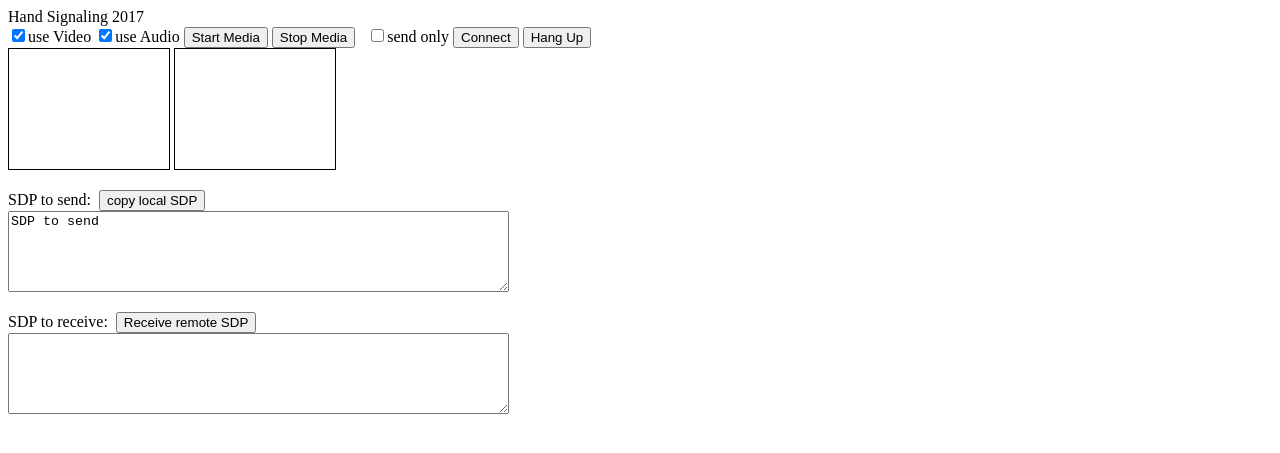
Repository: guttyar-2213/iphone-webcam
Page: downloaded.html
An editor plug-in stored every save of this project. The page is shown before and after the next save, followed by the edit.
The browser window is 1280 px wide. The pictures show the whole page.

Above is the page before, as saved 2020-05-12 19:35:32.

### downloaded.html
<!doctype html>
<html>
<head>
 <meta http-equiv="Content-Type" content="text/html; charset=UTF-8">
 <title>Hand Signaling</title>
</head>
<body>
  Hand Signaling 2017<br />
  <input type="checkbox" id="use_video" checked="1">use Video</input>
  <input type="checkbox" id="use_audio" checked="1">use Audio</input>
  <button type="button" onclick="startVideo();">Start Media</button>
  <button type="button" onclick="stopVideo();">Stop Media</button>
  &nbsp;
  <input type="checkbox" id="send_only">send only</input>
  <button type="button" onclick="connect();">Connect</button>
  <button type="button" onclick="hangUp();">Hang Up</button>
  <div>
    <video id="local_video" autoplay style="width: 160px; height: 120px; border: 1px solid black;"></video>
    <video id="remote_video" autoplay style="width: 160px; height: 120px; border: 1px solid black;"></video>
  </div>
  <p>SDP to send:&nbsp;
    <button type="button" onclick="copySdp();">copy local SDP</button><br />
    <textarea id="text_for_send_sdp" rows="5" cols="60" readonly="readonly">SDP to send</textarea>
  </p>
  <p>SDP to receive:&nbsp;
    <button type="button" onclick="onSdpText();">Receive remote SDP</button><br />
    <textarea id="text_for_receive_sdp" rows="5" cols="60"></textarea>
  </p>
</body>
<script type="text/javascript">
  let localVideo = document.getElementById('local_video');
  let remoteVideo = document.getElementById('remote_video');
  let localStream = null;
  let peerConnection = null;
  let textForSendSdp = document.getElementById('text_for_send_sdp');
  let textToReceiveSdp = document.getElementById('text_for_receive_sdp');

  // --- prefix -----
  navigator.getUserMedia  = navigator.getUserMedia    || navigator.webkitGetUserMedia ||
                            navigator.mozGetUserMedia || navigator.msGetUserMedia;
  RTCPeerConnection = window.RTCPeerConnection || window.webkitRTCPeerConnection || window.mozRTCPeerConnection;
  RTCSessionDescription = window.RTCSessionDescription || window.webkitRTCSessionDescription || window.mozRTCSessionDescription;

  // ---------------------- media handling -----------------------

  function isUseVideo() {
    let useVideo = document.getElementById('use_video').checked;
    return useVideo;
  }

  function isUseAudio() {
    let useAudio = document.getElementById('use_audio').checked;
    return useAudio;
  }

  function isSendOnly() {
    let sendOnly = document.getElementById('send_only').checked;
    return sendOnly;
  }

  // start local video
  function startVideo() {
    let useVideo = isUseVideo();
    let useAudio = isUseAudio();
    if ( (! useVideo) && (! useAudio) ) {
      console.warn('NO media to capture');
      return;
    }

    getDeviceStream({video: useVideo, audio: useAudio}) // audio: false
    .then(function (stream) { // success
      logStream('localStream', stream);
      localStream = stream;
      playVideo(localVideo, stream);
    }).catch(function (error) { // error
      console.error('getUserMedia error:', error);
      return;
    });
  }

  // stop local video
  function stopVideo() {
    pauseVideo(localVideo);
    stopLocalStream(localStream);
  }

  function stopLocalStream(stream) {
    let tracks = stream.getTracks();
    if (! tracks) {
      console.warn('NO tracks');
      return;
    }

    for (let track of tracks) {
      track.stop();
    }
  }

  function logStream(msg, stream) {
    console.log(msg + ': id=' + stream.id);

    var videoTracks = stream.getVideoTracks();
    if (videoTracks) {
      console.log('videoTracks.length=' + videoTracks.length);
      for (var i = 0; i < videoTracks.length; i++) {
        var track = videoTracks[i];
        console.log('track.id=' + track.id);
      }
    }

    var audioTracks = stream.getAudioTracks();
    if (audioTracks) {
      console.log('audioTracks.length=' + audioTracks.length);
      for (var i = 0; i < audioTracks.length; i++) {
        var track = audioTracks[i];
        console.log('track.id=' + track.id);
      }
    }
  }

  function getDeviceStream(option) {
    if ('getUserMedia' in navigator.mediaDevices) {
      console.log('navigator.mediaDevices.getUserMadia');
      return navigator.mediaDevices.getUserMedia(option);
    }
    else {
      console.log('wrap navigator.getUserMadia with Promise');
      return new Promise(function(resolve, reject){
        navigator.getUserMedia(option,
          resolve,
          reject
        );
      });
    }
  }

  function playVideo(element, stream) {
    if ('srcObject' in element) {
      if (! element.srcObject) {
        element.srcObject = stream;
      }
      else {
        console.log('stream alreay playnig, so skip');
      }
    }
    else {
      element.src = window.URL.createObjectURL(stream);
    }
    element.play();
    element.volume = 0;
  }

  function pauseVideo(element) {
    element.pause();
    if ('srcObject' in element) {
      element.srcObject = null;
    }
    else {
      if (element.src && (element.src !== '') ) {
        window.URL.revokeObjectURL(element.src);
      }
      element.src = '';
    }
  }

  // ----- hand signaling ----
  function onSdpText() {
    let text = textToReceiveSdp.value;
    text = _trimTailDoubleLF(text); // for Safar TP --> Chrome
    if (peerConnection) {
      console.log('Received answer text...');
      let answer = new RTCSessionDescription({
        type : 'answer',
        sdp : text,
      });
      setAnswer(answer);
    }
    else {
      console.log('Received offer text...');
      let offer = new RTCSessionDescription({
        type : 'offer',
        sdp : text,
      });
      setOffer(offer);
    }
    textToReceiveSdp.value ='';
  }

  function sendSdp(sessionDescription) {
    console.log('---sending sdp ---');
    textForSendSdp.value = sessionDescription.sdp;
    textForSendSdp.focus();
    textForSendSdp.select();
  }

  function copySdp() {
    textForSendSdp.focus();
    textForSendSdp.select();
    document.execCommand('copy');
  }

  function _trimTailDoubleLF(str) {
    const trimed = str.trim();
    return trimed + String.fromCharCode(13, 10);
  }

  // ---------------------- connection handling -----------------------
  function prepareNewConnection() {
    let pc_config = {"iceServers":[]};
    let peer = new RTCPeerConnection(pc_config);

    // --- on get remote stream ---
    if ('ontrack' in peer) {
      peer.ontrack = function(event) {
        console.log('-- peer.ontrack()');
        let stream = event.streams[0];
        playVideo(remoteVideo, stream);
        if (event.streams.length > 1) {
          console.warn('got multi-stream, but play only 1 stream');
        }
      };
    }
    else {
      peer.onaddstream = function(event) {
        console.log('-- peer.onaddstream()');
        let stream = event.stream;
        playVideo(remoteVideo, stream);
      };
    }

    // --- on get local ICE candidate
    peer.onicecandidate = function (evt) {
      if (evt.candidate) {
        console.log(evt.candidate);

        // Trickle ICE の場合は、ICE candidateを相手に送る
        // Vanilla ICE の場合には、何もしない
      } else {
        console.log('empty ice event');

        // Trickle ICE の場合は、何もしない
        // Vanilla ICE の場合には、ICE candidateを含んだSDPを相手に送る
        sendSdp(peer.localDescription);
      }
    };


    // -- add local stream --
    if (localStream) {
      console.log('Adding local stream...');
      if ('addTrack' in peer) {
        console.log('use addTrack()');
        let tracks = localStream.getTracks();
        for (let track of tracks) {
          let sender = peer.addTrack(track, localStream);
        }
      }
      else {
        console.log('use addStream()');
        peer.addStream(localStream);
      }
    }
    else {
      console.warn('no local stream, but continue.');
    }

    return peer;
  }

  function makeOffer() {
    peerConnection = prepareNewConnection();

    let options = {};
    if (localStream) {
      if (isSendOnly()) {
        console.log('-- try sendonly ---');
        options = { offerToReceiveAudio: false, offerToReceiveVideo: false };
      }
    }
    else {
      // -- no localStream, so receive --
      console.log('-- try recvonly ---');

      options = { offerToReceiveAudio: true, offerToReceiveVideo: true };

      if ('addTransceiver' in peerConnection) {
        console.log('-- use addTransceiver() for recvonly --');
        peerConnection.addTransceiver('video', { direction: "recvonly" });
        peerConnection.addTransceiver('audio', { direction: "recvonly" });
      }
    }

    peerConnection.createOffer(options)
    .then(function (sessionDescription) {
      console.log('createOffer() succsess in promise');
      return peerConnection.setLocalDescription(sessionDescription);
    }).then(function() {
      console.log('setLocalDescription() succsess in promise');

      // -- Trickle ICE の場合は、初期SDPを相手に送る --
      // -- Vanilla ICE の場合には、まだSDPは送らない --
      //sendSdp(peerConnection.localDescription);
    }).catch(function(err) {
      console.error(err);
    });
  }

  function setOffer(sessionDescription) {
    if (peerConnection) {
      console.error('peerConnection alreay exist!');
    }
    peerConnection = prepareNewConnection();
    peerConnection.setRemoteDescription(sessionDescription)
    .then(function() {
      console.log('setRemoteDescription(offer) succsess in promise');
      makeAnswer();
    }).catch(function(err) {
      console.error('setRemoteDescription(offer) ERROR: ', err);
    });
  }

  function makeAnswer() {
    console.log('sending Answer. Creating remote session description...' );
    if (! peerConnection) {
      console.error('peerConnection NOT exist!');
      return;
    }

    let options = {};
    if (! localStream) {
      //options = { offerToReceiveAudio: true, offerToReceiveVideo: true }

      if ('addTransceiver' in peerConnection) {
        console.log('-- use addTransceiver() for recvonly --');
        peerConnection.addTransceiver('video', { direction: "recvonly" });
        peerConnection.addTransceiver('audio', { direction: "recvonly" });
      }
    }

    peerConnection.createAnswer(options)
    .then(function (sessionDescription) {
      console.log('createAnswer() succsess in promise');
      return peerConnection.setLocalDescription(sessionDescription);
    }).then(function() {
      console.log('setLocalDescription() succsess in promise');

      // -- Trickle ICE の場合は、初期SDPを相手に送る --
      // -- Vanilla ICE の場合には、まだSDPは送らない --
      //sendSdp(peerConnection.localDescription);
    }).catch(function(err) {
      console.error(err);
    });
  }

  function setAnswer(sessionDescription) {
    if (! peerConnection) {
      console.error('peerConnection NOT exist!');
      return;
    }

    peerConnection.setRemoteDescription(sessionDescription)
    .then(function() {
      console.log('setRemoteDescription(answer) succsess in promise');
    }).catch(function(err) {
      console.error('setRemoteDescription(answer) ERROR: ', err);
    });
  }

  // start PeerConnection
  function connect() {
    if (! peerConnection) {
      console.log('make Offer');
      makeOffer();
    }
    else {
      console.warn('peer already exist.');
    }
  }

  // close PeerConnection
  function hangUp() {
    if (peerConnection) {
      console.log('Hang up.');
      peerConnection.close();
      peerConnection = null;
      pauseVideo(remoteVideo);
    }
    else {
      console.warn('peer NOT exist.');
    }
  }

</script>
</html>

After the next save:
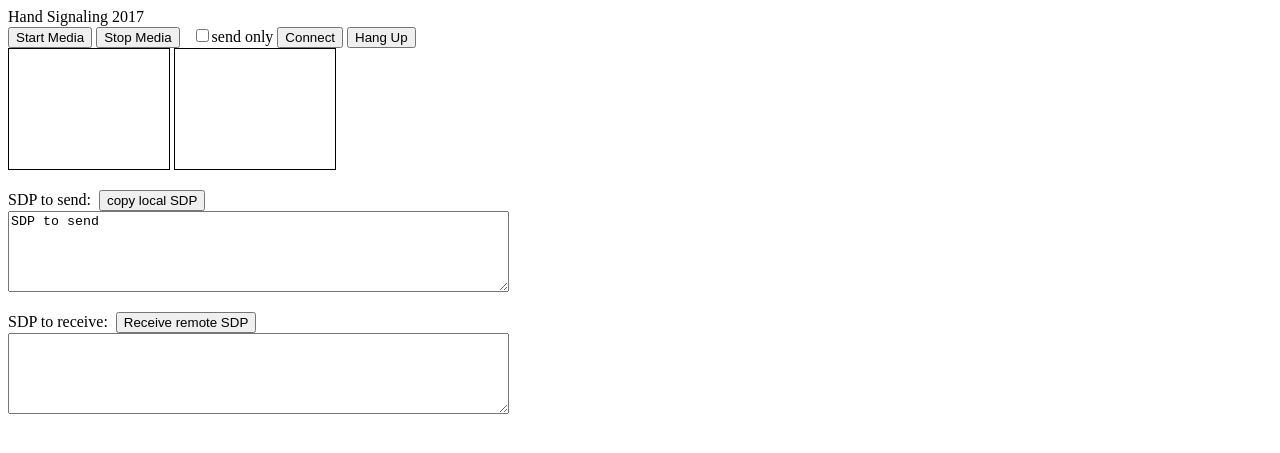
Saved 10 min 14 s later.
--- a/downloaded.html
+++ b/downloaded.html
@@ -6,8 +6,6 @@
 </head>
 <body>
   Hand Signaling 2017<br />
-  <input type="checkbox" id="use_video" checked="1">use Video</input>
-  <input type="checkbox" id="use_audio" checked="1">use Audio</input>
   <button type="button" onclick="startVideo();">Start Media</button>
   <button type="button" onclick="stopVideo();">Stop Media</button>
   &nbsp;
@@ -48,26 +46,9 @@
     return useVideo;
   }
 
-  function isUseAudio() {
-    let useAudio = document.getElementById('use_audio').checked;
-    return useAudio;
-  }
-
-  function isSendOnly() {
-    let sendOnly = document.getElementById('send_only').checked;
-    return sendOnly;
-  }
-
   // start local video
   function startVideo() {
-    let useVideo = isUseVideo();
-    let useAudio = isUseAudio();
-    if ( (! useVideo) && (! useAudio) ) {
-      console.warn('NO media to capture');
-      return;
-    }
-
-    getDeviceStream({video: useVideo, audio: useAudio}) // audio: false
+    getDeviceStream({video: { width: { ideal: 4096 }, height: { ideal: 2160 } }}) // audio: false
     .then(function (stream) { // success
       logStream('localStream', stream);
       localStream = stream;
